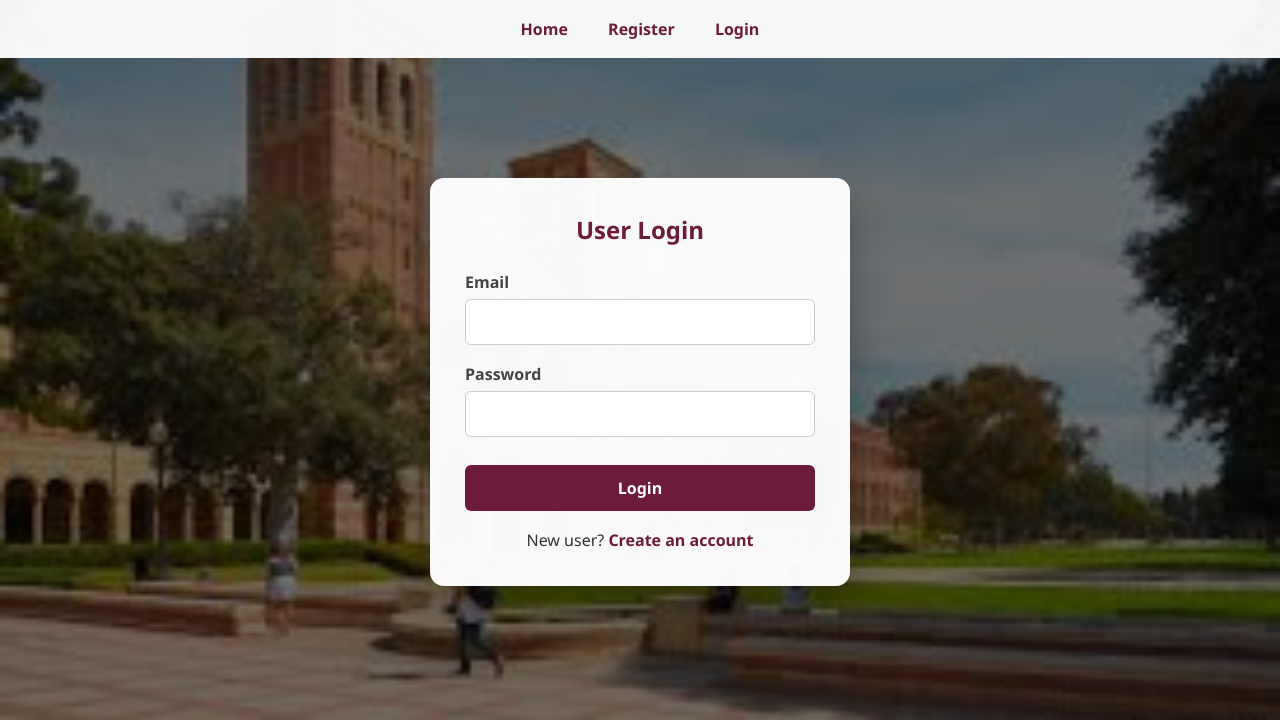
Repository: Sanjaya1822/Campus-Exchange
Page: http://localhost/CampusExchange/login.jsp
These files come from the project's save history. The page is drawn as it stood at one moment and after the next save; the edit follows.
The browser window is 1280 px wide. The pictures show the whole page.
The page is served by Tomcat 9. Other server files are loaded and not shown.

Above is the page before, as saved 2026-02-01 13:15:48.

### CampusExchange/src/main/webapp/login.jsp
<%@ page language="java" contentType="text/html; charset=UTF-8" %>
<!DOCTYPE html>
<html>
<head>
    <title>Login - CampusExchange</title>
    <link rel="stylesheet" href="css/style.css">
    <link rel="stylesheet" href="https://cdnjs.cloudflare.com/ajax/libs/font-awesome/6.5.0/css/all.min.css">

</head>
<body>

<!-- NAVBAR -->
<div class="navbar">
    <a href="index.jsp">Home</a>
    <a href="register.jsp">Register</a>
    <a href="login.jsp">Login</a>
</div>

<!-- LOGIN CARD -->
<%
    String error = request.getParameter("error");
    if ("invalid".equals(error)) {
%>
    <p class="error-msg">Invalid Email or Password</p>
<%
    }
%>

<div class="auth-container">
    <h2>User Login</h2>

    <form action="login" method="post">

        <div class="auth-group">
            <label>Email</label>
            <input type="email" name="email" required>
        </div>

        <div class="auth-group">
            <label>Password</label>
            <input type="password" name="password" required>
        </div>

        <input type="submit" value="Login" class="auth-btn">
    </form>

    <div class="auth-link">
        New user? <a href="register.jsp">Create an account</a>
    </div>
</div>

</body>

</html>

### CampusExchange/src/main/webapp/css/style.css
/* ================= RESET ================= */
* {
    margin: 0;
    padding: 0;
    box-sizing: border-box;
    font-family: "Segoe UI", Arial, sans-serif;
}

/* ================= PAGE BACKGROUND ================= */
body {
    background: linear-gradient(
        rgba(0,0,0,0.55),
        rgba(0,0,0,0.55)
    ),
    url("../images/bg.jpg") no-repeat center center / cover;
    min-height: 100vh;
    color: #333;
}

/* ================= NAVBAR ================= */
.navbar {
    width: 100%;
    padding: 18px;
    text-align: center;
    background: rgba(255,255,255,0.95);
}

.navbar a {
    margin: 0 18px;
    text-decoration: none;
    color: #6d1b3b;
    font-weight: 600;
    font-size: 16px;
}

.navbar a:hover {
    color: #9c274d;
}

/* ================= HERO ================= */
.hero {
    margin-top: 120px;
    text-align: center;
    color: #ffffff;
}

.hero h1 {
    font-size: 52px;
    letter-spacing: 1px;
}

.hero p {
    margin-top: 15px;
    font-size: 18px;
    max-width: 650px;
    margin-left: auto;
    margin-right: auto;
    opacity: 0.95;
}

/* ================= CTA ================= */
.cta {
    margin-top: 30px;
}

.cta a {
    display: inline-block;
    padding: 14px 30px;
    background: #6d1b3b;
    color: #ffffff;
    text-decoration: none;
    border-radius: 30px;
    font-size: 16px;
    font-weight: 600;
}

.cta a:hover {
    background: #9c274d;
}

/* ================= FEATURES ================= */
.features {
    background: #f7f3f5;
    padding: 70px 20px;
    margin-top: 120px;
}

.features h2 {
    text-align: center;
    margin-bottom: 40px;
    color: #6d1b3b;
    font-size: 32px;
}

/* ================= FEATURE GRID ================= */
.feature-grid {
    display: grid;
    grid-template-columns: repeat(auto-fit, minmax(220px, 1fr));
    gap: 30px;
    max-width: 1000px;
    margin: auto;
}

/* ================= FEATURE CARD ================= */
.feature-card {
    background: #ffffff;
    padding: 30px;
    border-radius: 14px;
    text-align: center;
    box-shadow: 0 15px 30px rgba(0,0,0,0.15);
    transition: transform 0.3s ease, box-shadow 0.3s ease;
}

.feature-card i {
    font-size: 34px;
    color: #6d1b3b;
    margin-bottom: 15px;
}

.feature-card h3 {
    margin-bottom: 10px;
    color: #6d1b3b;
}

.feature-card p {
    font-size: 14px;
    line-height: 1.6;
}

.feature-card a {
    display: inline-block;
    margin-top: 15px;
    color: #9c274d;
    font-weight: 600;
    text-decoration: none;
}

.feature-card:hover {
    transform: translateY(-8px);
    box-shadow: 0 25px 45px rgba(0,0,0,0.25);
}

/* ================= INFO SECTION ================= */
.info {
    background: #ffffff;
    padding: 70px 20px;
}

.info h2 {
    text-align: center;
    color: #6d1b3b;
    margin-bottom: 25px;
}

.info p {
    max-width: 800px;
    margin: auto;
    text-align: center;
    line-height: 1.7;
    font-size: 15px;
}

/* ================= FOOTER ================= */
.footer {
    background: #6d1b3b;
    color: #ffffff;
    padding: 20px;
    text-align: center;
    font-size: 14px;
}
/* ================= AUTH PAGES ================= */
.auth-container {
    width: 420px;
    background: rgba(255,255,255,0.97);
    padding: 35px;
    border-radius: 14px;
    box-shadow: 0 20px 40px rgba(0,0,0,0.3);
    margin: 120px auto;
}

.auth-container h2 {
    text-align: center;
    margin-bottom: 25px;
    color: #6d1b3b;
}

/* Input group */
.auth-group {
    margin-bottom: 18px;
}

.auth-group label {
    display: block;
    margin-bottom: 6px;
    font-weight: 600;
    color: #444;
}

.auth-group input {
    width: 100%;
    padding: 12px;
    border-radius: 6px;
    border: 1px solid #ccc;
    font-size: 15px;
}

.auth-group input:focus {
    outline: none;
    border-color: #9c274d;
    box-shadow: 0 0 5px rgba(156,39,77,0.4);
}

/* Submit button */
.auth-btn {
    width: 100%;
    padding: 12px;
    background: #6d1b3b;
    color: white;
    border: none;
    border-radius: 6px;
    font-size: 16px;
    font-weight: 600;
    cursor: pointer;
    margin-top: 10px;
}

.auth-btn:hover {
    background: #9c274d;
}

/* Auth links */
.auth-link {
    text-align: center;
    margin-top: 18px;
}

.auth-link a {
    text-decoration: none;
    color: #6d1b3b;
    font-weight: 600;
}

.auth-link a:hover {
    text-decoration: underline;
}
/* ================= DASHBOARD ================= */

.dashboard-grid {
    display: grid;
    grid-template-columns: repeat(2, 1fr);
    gap: 20px;
    margin-top: 20px;
}

.dash-card {
    display: block;
    padding: 25px;
    border-radius: 12px;
    text-decoration: none;
    background: #f7f3f5;
    color: #333;
    box-shadow: 0 10px 20px rgba(0,0,0,0.15);
    transition: transform 0.3s ease, box-shadow 0.3s ease;
}

.dash-card h3 {
    color: #6d1b3b;
    margin-bottom: 8px;
}

.dash-card:hover {
    transform: translateY(-6px);
    box-shadow: 0 18px 30px rgba(0,0,0,0.25);
}
.error-msg {
    color: #7b1e3a;
    background: #fdecee;
    padding: 10px;
    border-radius: 6px;
    text-align: center;
    margin-bottom: 15px;
}

After the next save:
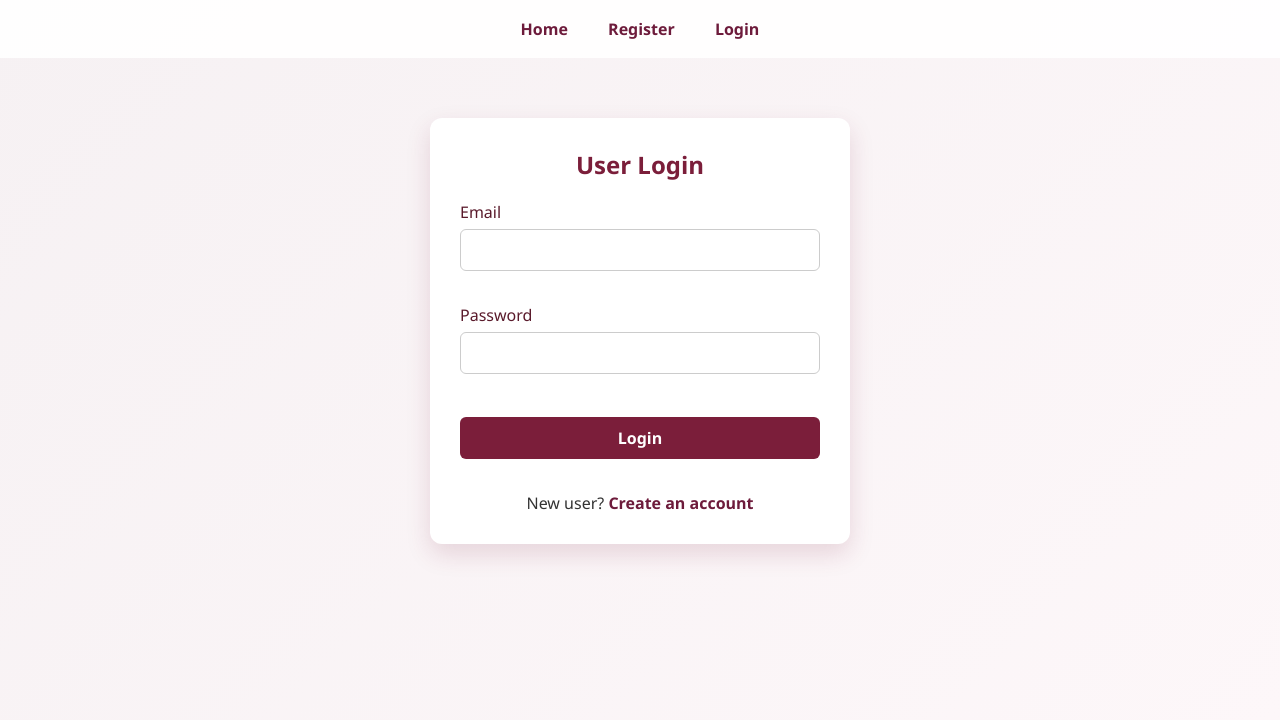
Saved 4 min 5 s later.
--- a/CampusExchange/src/main/webapp/css/style.css
+++ b/CampusExchange/src/main/webapp/css/style.css
@@ -280,3 +280,50 @@
     text-align: center;
     margin-bottom: 15px;
 }
+/* SELL / FORM PAGE CLEAN BACKGROUND */
+body {
+    background: linear-gradient(135deg, #f6f1f3, #fdf7f9);
+    font-family: 'Segoe UI', sans-serif;
+}
+
+.auth-container {
+    background: #ffffff;
+    padding: 30px;
+    max-width: 500px;
+    margin: 60px auto;
+    border-radius: 12px;
+    box-shadow: 0 10px 25px rgba(123, 30, 58, 0.15);
+}
+
+.auth-container h2 {
+    color: #7b1e3a;
+    text-align: center;
+    margin-bottom: 20px;
+}
+
+.auth-container label {
+    color: #5a1a2b;
+    font-weight: 500;
+}
+
+.auth-container input,
+.auth-container textarea,
+.auth-container select {
+    width: 100%;
+    padding: 10px;
+    margin-bottom: 15px;
+    border-radius: 6px;
+    border: 1px solid #ccc;
+}
+
+.auth-container input[type="submit"] {
+    background: #7b1e3a;
+    color: white;
+    border: none;
+    cursor: pointer;
+    font-weight: bold;
+}
+
+.auth-container input[type="submit"]:hover {
+    background: #5a1428;
+}
